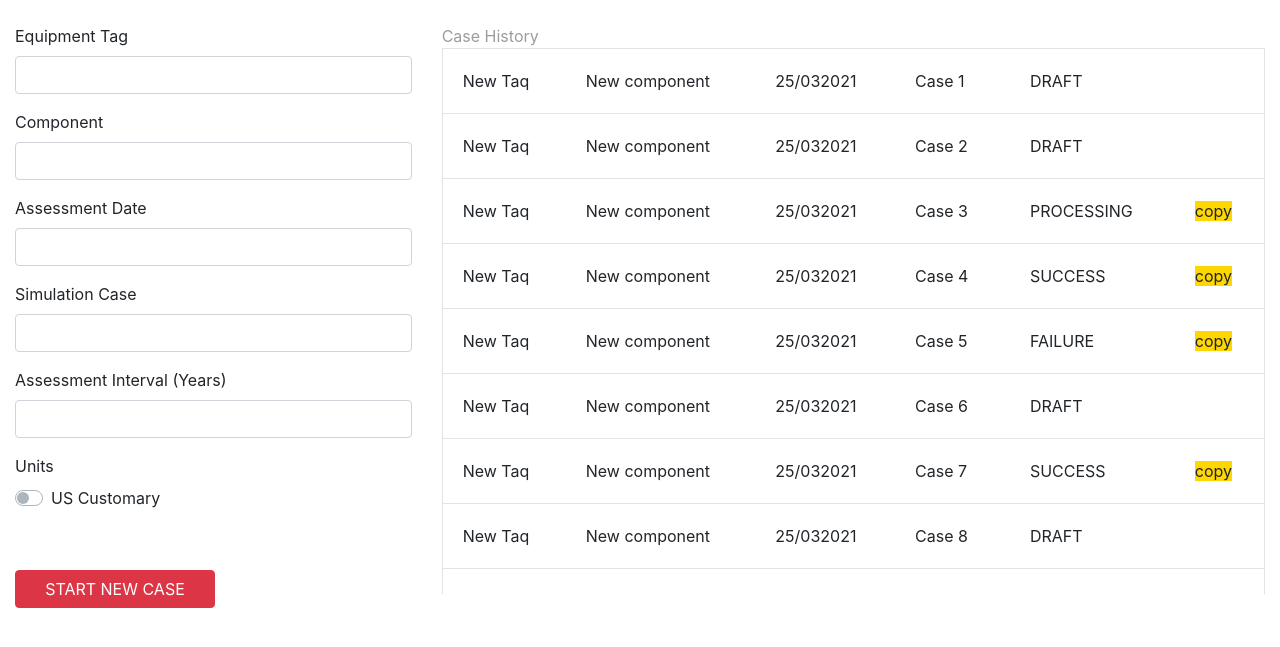
Repository: arif286/dashboard
Page: /
An editor plug-in stored every save of this project. The page is shown before and after the next save, followed by the edit.
The browser window is 1280 px wide. The pictures show the whole page.
An inner scrolling area shows only its first screen. The project was rebuilt for these pictures with package versions that can differ from the ones it lists, and the page was loaded fresh each time. The framework's server and built-in components were replaced by stand-ins that run in the browser. Also part of the build but not shown: nuxt.config.js, components/Nav.vue.

Above is the page before, as saved 2021-06-18 19:37:25.

After the next save:
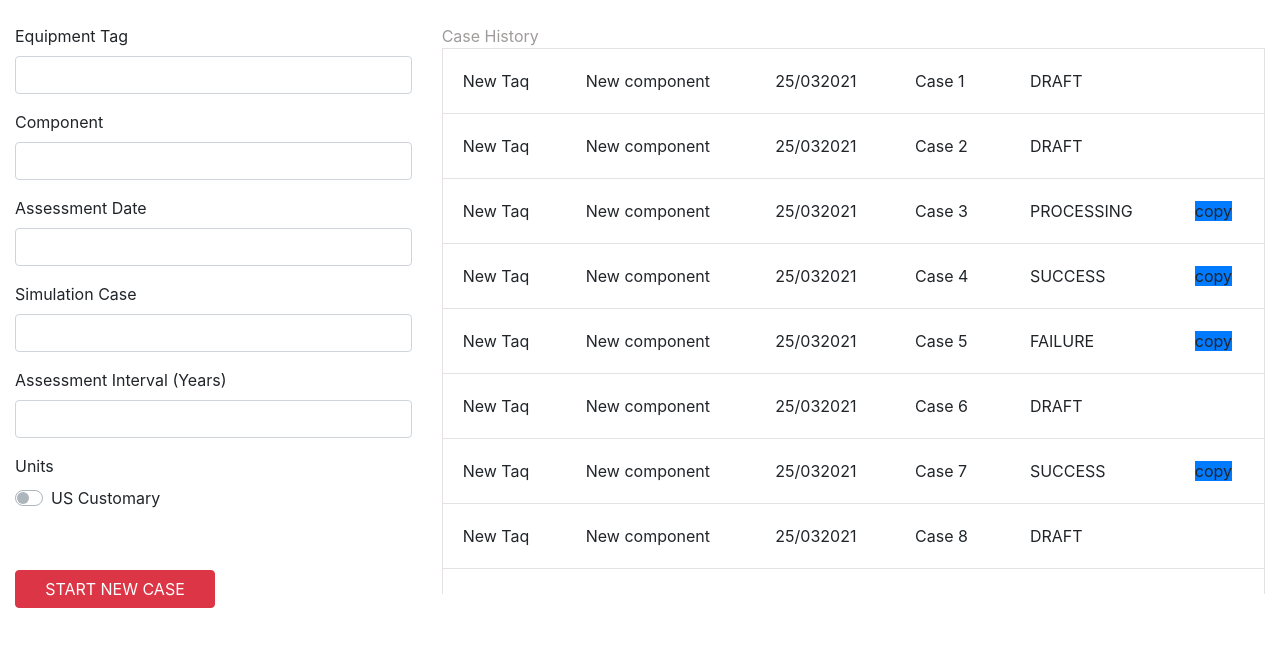
Saved 22 s later.
--- a/components/Table.vue
+++ b/components/Table.vue
@@ -47,6 +47,6 @@ export default {
   overflow-y: scroll;
 }
 .copy-btn{
-  background-color: gold;
+  background-color: #007bff;
 }
 </style>
